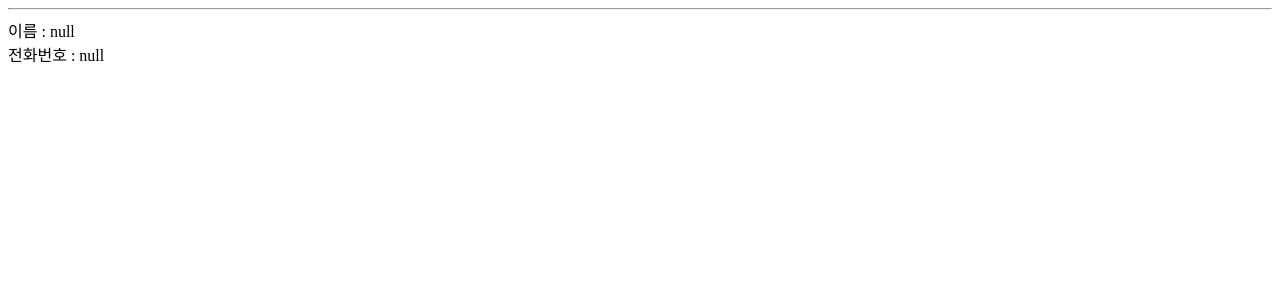
Repository: papav-hub/Web_Study
Page: http://localhost/jspbook/ch06/out.jsp
An editor plug-in stored every save of this project. The page is shown before and after the next save, followed by the edit.
The browser window is 1280 px wide. The pictures show the whole page.
The page is served by Tomcat 9.

Above is the page before, as saved 2021-10-07 00:43:57.

After the next save:
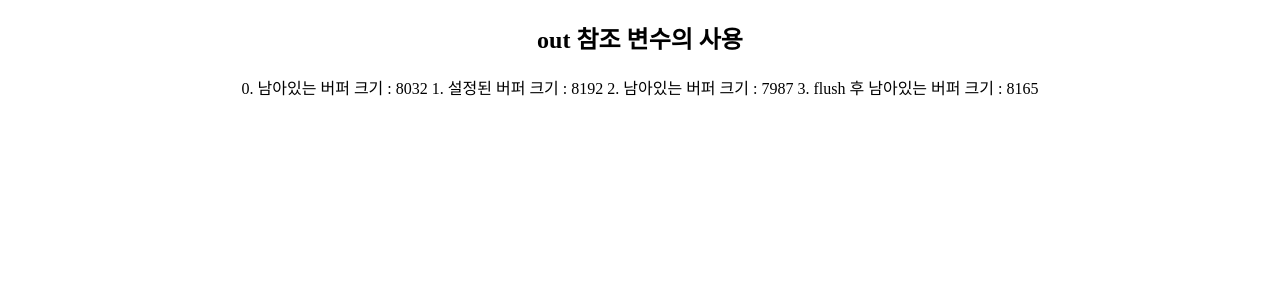
Saved 106 s later.
--- a/jspbook/src/main/webapp/ch06/out.jsp
+++ b/jspbook/src/main/webapp/ch06/out.jsp
@@ -11,10 +11,15 @@
 </head>
 
 <body>
-	<HR>
-	이름 : <%= request.getParameter("username") %>
-	<BR>
-	전화번호 : <%= request.getParameter("phone") %>
+	<div align="center">
+		<H2>out 참조 변수의 사용</H2>
+		0. 남아있는 버퍼 크기 : <%=out.getRemaining() %>
+		1. 설정된 버퍼 크기 : <%=out.getBufferSize() %>
+		2. 남아있는 버퍼 크기 : <%=out.getRemaining() %>
+		<% out.flush(); %>
+		3. flush 후 남아있는 버퍼 크기 : <%= out.getRemaining() %>
+
+	</div>
 
 </body>
 </html>
